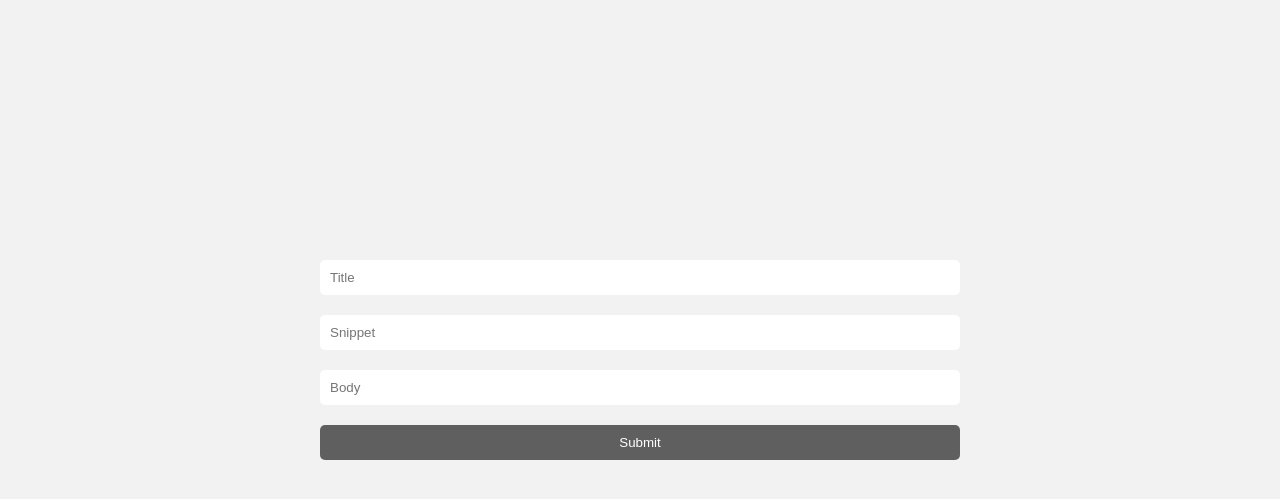
Repository: jegramin/node-auth-frontend
Page: /new-blog
The author's editor kept a copy of each file at every save. The page is drawn from the files as they stood at one save, then again after the next save.
The browser window is 1280 px wide. The pictures show the whole page.
The project was rebuilt for these pictures with package versions that can differ from the ones it lists, and the page was loaded fresh each time. Also part of the build but not shown: src/components/blog/blog.js, src/components/blog/Blogs.js, src/components/blog/blogDetail.js.

Above is the page before, as saved 2020-11-05 13:54:13.

### src/App.js
import './App.css';
import Blogs from './components/blog/Blogs';
import BlogDetail from './components/blog/blogDetail'
import BlogCreate from './components/blog/blogCreate'
import {Route, BrowserRouter as Router, Switch} from 'react-router-dom'

function App() {
  return (
    <Router>
      <Switch>
        <Route path="/" exact component={Blogs} />
        <Route path="/blog-detail" component={BlogDetail} />
        <Route path="/new-blog" component={BlogCreate} />
      </Switch>
    </Router>
  );
}

export default App;

### src/App.css
body,html, #root {
  min-height: 100%;
  height: 100%;
}
.blogsWrapper {
  display: flex;
  flex-direction: column;
}
.blogContainer {
  display: flex;
  background-color: #f9f9f9;
  font-family: 'Segoe UI', Tahoma, Geneva, Verdana, sans-serif;
  margin: 10px;
  padding: 10px;
  padding-left: 30px;
  border-radius: 5px;
}
h1 {
  color: rgb(70, 70, 70)
}
.blogContainer h1 {
  cursor: pointer;
}
.blogContainer:hover {
  background-color: #f3f3f3;
  padding-left: 15px;
  border-top-left-radius: 2px;
  border-bottom-left-radius: 2px;
  border-left: 15px crimson solid;
}
.blogContainer a {
  text-decoration: none;
  color: #222
}
.blogContainer > div:first-child {
  flex: 1
}
.blogContainer > div:last-child {
  display: flex;
  flex-direction: column;
}
.blogContainer > div:last-child button {
  flex: 1;
  margin: 10px 5px;
  height: 20px;
  padding: 5px;
  border: none;
  border-radius: 5px;
  color: #fff;
  outline: none;
  cursor: pointer;
}
.blogContainer > div:last-child button:first-child {
  background-color: #d39e00;
}
.blogContainer > div:last-child button:first-child:active {
  background-color: #ac8100;
}
.blogContainer > div:last-child button:last-child {
  background-color: #dc3545;
}
.blogContainer > div:last-child button:last-child:active {
  background-color: #b40618;
}

.blogDetailsContainer{
  background-color: #f9f9f9;
  font-family: 'Segoe UI', Tahoma, Geneva, Verdana, sans-serif;
  margin: 10px;
  padding: 10px;
  padding-left: 30px;
  border-radius: 5px;
}

.blogsWrapper a {
  align-self: flex-end;
}
.addBtn {
  margin: 10px;
  width: 50px;
  padding: 10px;
  color: #fff;
  background-color: #17a2b8;
  border: none;
  border-radius: 5px;
}

 /* create new blog */
.formContainer {
  display: flex;
  height: 100%;
  justify-content: center;
  align-items: center;
  background-color: #f2f2f2;
}
.form {
  width: 50%;
  height: 600px;
  display: flex;
  flex-direction: column;
  justify-content: center;
}
.form input {
  padding: 10px;
  margin: 10px 0px;
  border: none;
  border-radius: 5px;
}
.form input:last-child {
  color: #fff;
  background-color: #5f5f5f;
}

### src/components/blog/blogCreate.js
import React, {useState} from 'react'
import axios from 'axios'

function Blogs(props) {
    const [title, setTitle] = useState([])
    const [snippet, setSnippet] = useState([])
    const [body, setBody] = useState([])

    function handleClick(e) {
        e.preventDefault()
        axios.post('http://localhost:3001/blog', {
            title,
            snippet,
            body
        })
        .then(resp => props.history.push("/"))
        .catch(err => console.log(err))
    }

    return (
        <div className='formContainer'>
            <div className='form'>
                <input type='text' value={title} onChange={e => setTitle(e.target.value)} placeholder="Title"/>
                <input type='text' value={snippet} onChange={e => setSnippet(e.target.value)} placeholder="Snippet"/>
                <input type='text' value={body} onChange={e => setBody(e.target.value)} placeholder="Body"/>
                <input type='submit' onClick={handleClick}/>
            </div>
        </div>
    )
}

export default Blogs

Loaded but not shown: public/index.html (common file); src/index.js (common file); src/index.css (common file)

After the next save:
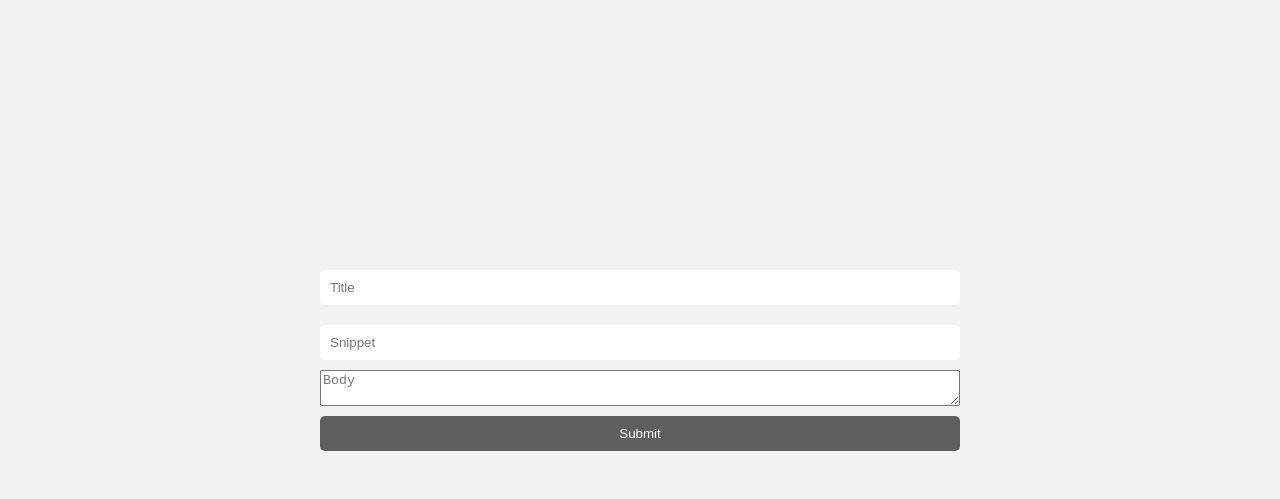
Saved 24 s later.
--- a/src/components/blog/blogCreate.js
+++ b/src/components/blog/blogCreate.js
@@ -22,7 +22,7 @@ function Blogs(props) {
             <div className='form'>
                 <input type='text' value={title} onChange={e => setTitle(e.target.value)} placeholder="Title"/>
                 <input type='text' value={snippet} onChange={e => setSnippet(e.target.value)} placeholder="Snippet"/>
-                <input type='text' value={body} onChange={e => setBody(e.target.value)} placeholder="Body"/>
+                <textarea type='text' value={body} onChange={e => setBody(e.target.value)} placeholder="Body"/>
                 <input type='submit' onClick={handleClick}/>
             </div>
         </div>
